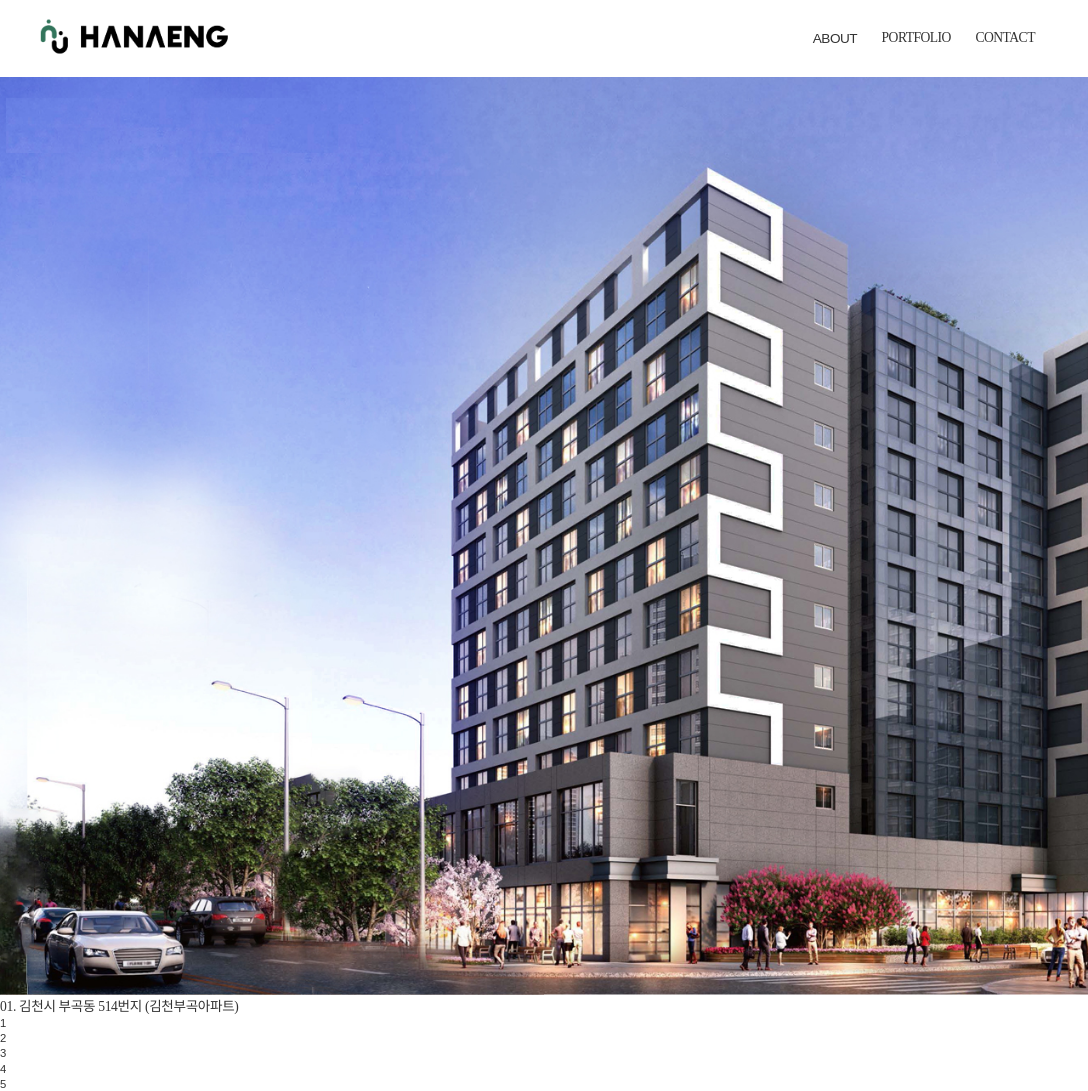
Repository: makeditWeb/hanaenc
Page: main.html
These files come from the project's save history. The page is drawn as it stood at one moment and after the next save; the edit follows.
The browser window is 1280 px wide. The pictures show the whole page, at 85% of full size.
Some web libraries are served in a nearby version.

Above is the page before, as saved 2023-07-05 17:06:07.

After the next save:
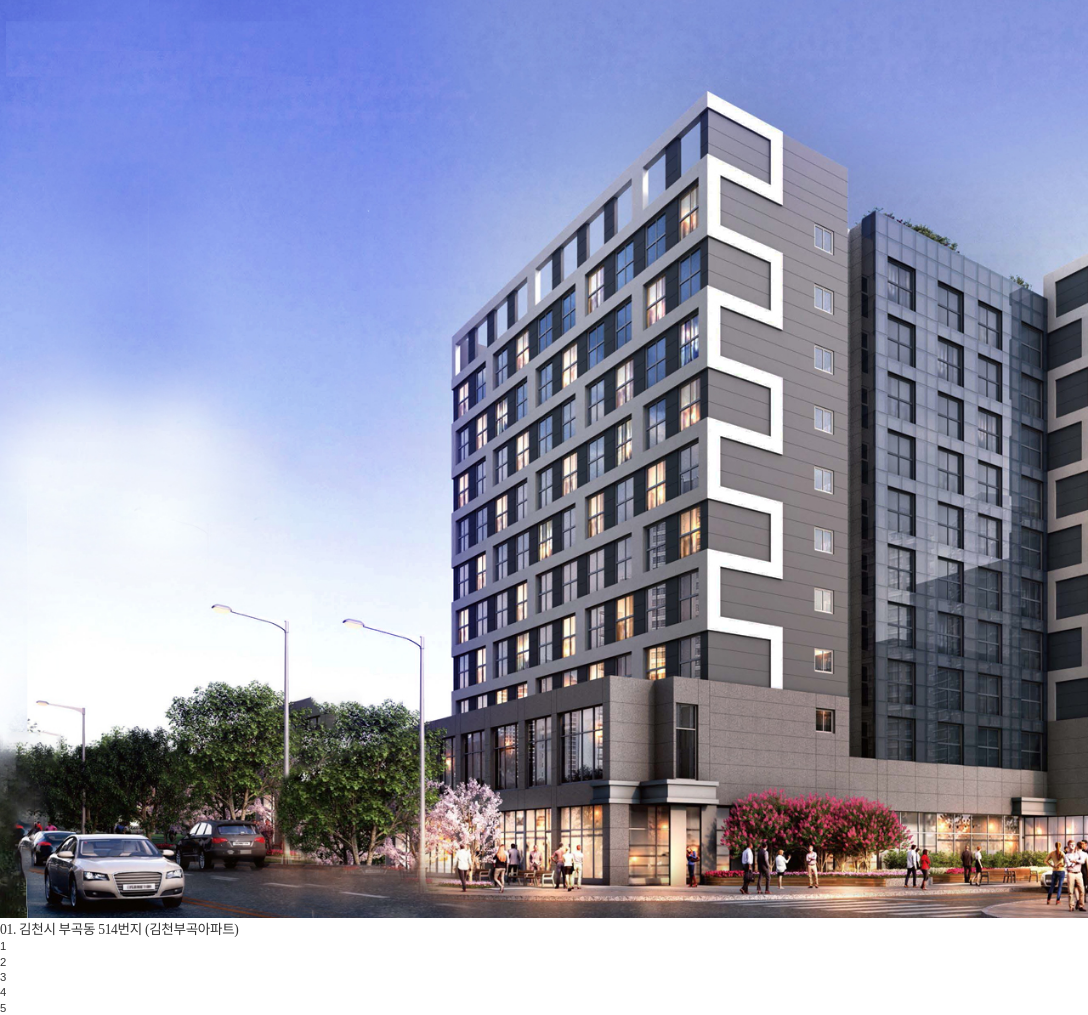
Saved 59 s later.
--- a/css/style.css
+++ b/css/style.css
@@ -61,6 +61,12 @@
     height: 100%;
 }
 
+#nav-menu {
+    background-color: transparent;
+    position: fixed;
+    top: 0;
+    left: 0;
+}
 
 .container {
     display: flex;
